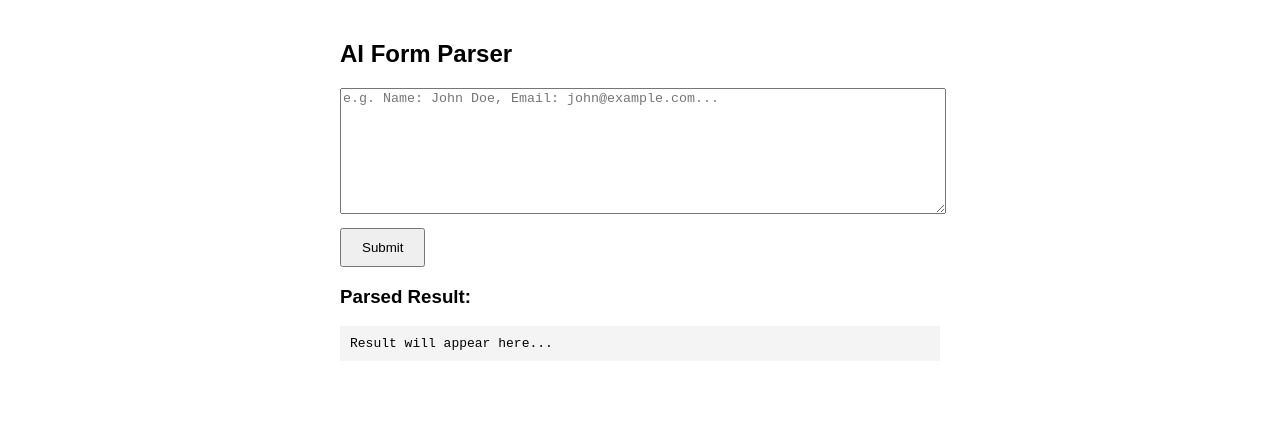
Repository: Mohitkumar1322/AIForm
Page: http://localhost/
The author's editor kept a copy of each file at every save. The page is drawn from the files as they stood at one save, then again after the next save.
The browser window is 1280 px wide. The pictures show the whole page.
The page is served by the project's application, run on Flask 3 (main.py).

Above is the page before, as saved 2025-07-18 10:30:00.

After the next save:
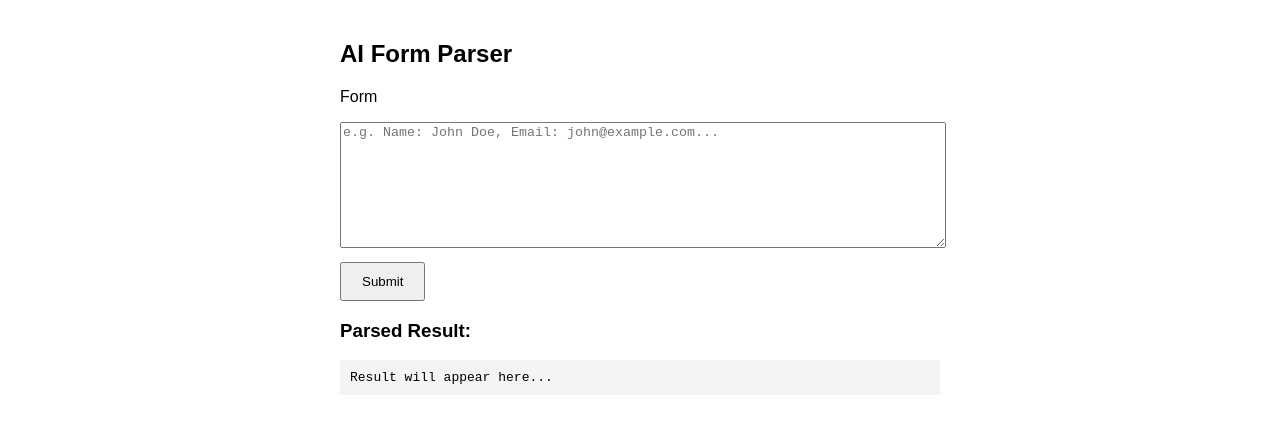
Saved 8 s later.
--- a/templates/index.html
+++ b/templates/index.html
@@ -25,7 +25,7 @@
 </head>
 <body>
     <h2>AI Form Parser</h2>
-    <p></p>
+    <p>Form</p>
     <textarea id="prompt" placeholder="e.g. Name: John Doe, Email: john@example.com..."></textarea>
     <br>
     <button onclick="submitForm()">Submit</button>
